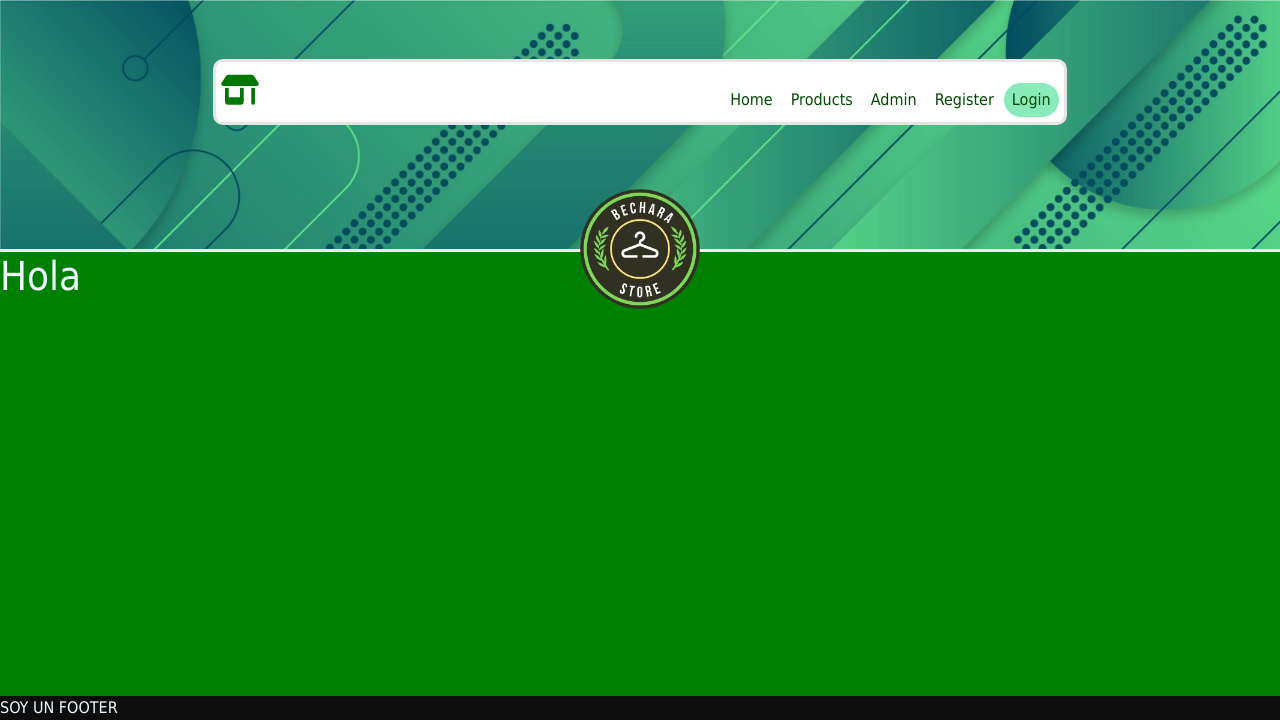
Repository: bechara611/becharastore
Page: /auth
An editor plug-in stored every save of this project. The page is shown before and after the next save, followed by the edit.
The browser window is 1280 px wide. The pictures show the whole page.
The project was rebuilt for these pictures with package versions that can differ from the ones it lists, and the page was loaded fresh each time. Also part of the build but not shown: src/Auth/components/Register.jsx.

Above is the page before, as saved 2023-01-27 15:20:26.

### public/index.html
<!DOCTYPE html>
<html lang="en">
  <head>
    <meta charset="utf-8" />
    <link rel="icon" href="%PUBLIC_URL%/favicon.ico" />
    <meta name="viewport" content="width=device-width, initial-scale=1" />
    <meta name="theme-color" content="#000000" />
    <meta
      name="description"
      content="Web site created using create-react-app"
    />
    <link rel="apple-touch-icon" href="%PUBLIC_URL%/logo192.png" />
    <link rel="preconnect" href="https://fonts.googleapis.com">
    <link rel="stylesheet" href="https://cdnjs.cloudflare.com/ajax/libs/font-awesome/6.2.1/css/all.min.css" integrity="sha512-MV7K8+y+gLIBoVD59lQIYicR65iaqukzvf/nwasF0nqhPay5w/9lJmVM2hMDcnK1OnMGCdVK+iQrJ7lzPJQd1w==" crossorigin="anonymous" referrerpolicy="no-referrer" />
<link rel="preconnect" href="https://fonts.gstatic.com" crossorigin>
<link rel="preconnect" href="https://fonts.googleapis.com">
<link rel="preconnect" href="https://fonts.gstatic.com" crossorigin>
<link href="https://fonts.googleapis.com/css2?family=Montserrat:ital,wght@0,100;0,200;0,300;0,400;0,500;0,600;0,700;0,800;0,900;1,100;1,200;1,300;1,500;1,700;1,800;1,900&family=Shadows+Into+Light&display=swap" rel="stylesheet">
    <!--
      manifest.json provides metadata used when your web app is installed on a
      user's mobile device or desktop. See https://developers.google.com/web/fundamentals/web-app-manifest/
    -->
    <link rel="manifest" href="%PUBLIC_URL%/manifest.json" />
    <!--
      Notice the use of %PUBLIC_URL% in the tags above.
      It will be replaced with the URL of the `public` folder during the build.
      Only files inside the `public` folder can be referenced from the HTML.

      Unlike "/favicon.ico" or "favicon.ico", "%PUBLIC_URL%/favicon.ico" will
      work correctly both with client-side routing and a non-root public URL.
      Learn how to configure a non-root public URL by running `npm run build`.
    -->

<link href="https://cdn.jsdelivr.net/npm/bootstrap@5.2.3/dist/css/bootstrap.min.css" rel="stylesheet" >


  </head>
  <body>
    <noscript>You need to enable JavaScript to run this app.</noscript>
    <div id="root"></div>
    <!--
      This HTML file is a template.
      If you open it directly in the browser, you will see an empty page.

      You can add webfonts, meta tags, or analytics to this file.
      The build step will place the bundled scripts into the <body> tag.

      To begin the development, run `npm start` or `yarn start`.
      To create a production bundle, use `npm run build` or `yarn build`.
    -->
    <script src="https://cdn.jsdelivr.net/npm/bootstrap@5.2.3/dist/js/bootstrap.bundle.min.js" integrity="sha384-kenU1KFdBIe4zVF0s0G1M5b4hcpxyD9F7jL+jjXkk+Q2h455rYXK/7HAuoJl+0I4" crossorigin="anonymous"></script>
  </body>

</html>

### src/index.js
import React from 'react';
import ReactDOM from 'react-dom/client';
import './index.css';
import {App} from './App';
import { BrowserRouter } from 'react-router-dom';
import 'animate.css';

const root = ReactDOM.createRoot(document.getElementById('root'));
root.render(
    <BrowserRouter>
    <App />
    </BrowserRouter>
);

### src/index.css

:root {
    --verde1: rgb(2, 74, 2);
    --verde2:rgb(1, 120, 1);
    --verde3:rgb(23, 215, 119,.5);
  }


*{
    color: aliceblue;
    /* font-family: 'Montserrat', sans-serif; */
    font-family: 'Droid Sans', Tahoma, Geneva, Verdana, sans-serif;

}

.fondito{
    background: red;
}
.fondito2{
    background: purple;
}

### src/App.jsx
import React from 'react'
import { Caparazon } from './UI/Components/Caparazon'
import { ContenedorPrincipal } from './UI/Components/ContenedorPrincipal'
import { Header } from './UI/Components/Header'
import { Footer } from './UI/Components/Footer'
import { MainCuerpo } from './UI/Components/MainCuerpo'
export const App = () => {
  return (
    <>
      {/*Primero el caparazon de la pagina, que es un div que tiene un 100vh de altura, el cual en el obtiene a sus children:
    esto children son el Header ocupando el 30vh y el Contenedor Principal ocupando el 70vh restante.
  */}
      <Caparazon>
        <Header></Header>
        <ContenedorPrincipal> {/*El contenedor principal a su vez lleva sus hijos dos elementos, el footer que le pusimos absolute para ubicarlo de ultimo y el MainCuerpo que tienes las rutas */}
          <MainCuerpo></MainCuerpo>{/*Este MainCuerpo tiene las rutas de la aplicacion, es el main de la pagina y lo que va a cambiar dependiendo donde estemos */}


          <Footer></Footer>  {/*Este es el footer que utilizamos para el pie de pagina, tiene posicion absolute como dije anteriormnete */}
        </ContenedorPrincipal>


      </Caparazon>
    </>

  )
}

### src/UI/Components/Caparazon.jsx
import React from 'react'
import './Caparazon.css'
export const Caparazon = ({ children }) => {
    return (
        <>
{/*Caparazon princiapal donde el mismo tiene un flex en colum, adentro tiene sus hijos que son un div que
ocupe el 70vh donde eesta todo lo demas y el 30vh primero es del header */}
            <div className='caparazonPrincipal bg-dark'>

                {children}

            </div>
        </>
    )
}

### src/UI/Components/ContenedorPrincipal.jsx
import React from 'react'
import './ContenedorPrincipal.css'
export const ContenedorPrincipal = ({ children }) => {
  return (
    <div className='ContenedorPrincipal'>
    {/*Aca de hijos tendran las rutas para verse en el medio y el footer, este tiene un position relative para que su hijo footer pueda
  ubicarse en la parte de abajo */}
      {children}
    </div>
  )
}

### src/UI/Components/Header.jsx
import React from 'react'
import './Header.css'
import { MenuNavbar } from './MenuNavbar'
import brand from './../../img/brand2.png'


export const Header = () => {
  return (
    <>
      {/*El header ocupa el 30vh de la pagina, el primer div lo tiene, aca se incorpora el nav y el logo. */}
      <div className="header">
        <div className="col-12">


          <MenuNavbar></MenuNavbar>
          <div className="row">
            <div className="col-12 filaLogoHeader">
              <img src={brand} className='brand animate__animated animate__flip' id='brand' alt="brand" />

            </div>
          </div>

        </div>

      </div>



    </>
  )
}

### src/UI/Components/Footer.jsx
import React from 'react'
import './Footer.css'
export const Footer = () => {
  return (
    <>
    {/*Aca este footer le estamos colocando una posicion absolute y a su padre relativa para poder ubicarlo al final de su div padre */}
    <div className="footer col-12">SOY UN FOOTER</div>
    </>

  )
}

### src/UI/Components/MainCuerpo.jsx
import React from 'react'
import { RouterApp } from '../../router/Routes'
import './MainCuerpo.css'

export const MainCuerpo = () => {

  return (
    <>
    {/*Aca se guardan las rutas como tal de la aplicacion y es llamado adentro de contenedorPrincipal */}
    <RouterApp></RouterApp>
    </>
    )
}

### src/UI/Components/Caparazon.css
/*Estilos del caparazon como tal principal*/
    /*Aca colocamos que el caparazonPrincipal ocupa toda la pantalla, y una direccion en column para que el header sea de 30vh y el resto el otro div  */
.caparazonPrincipal{
    display: flex;
    flex-direction: column;
    justify-content: space-between;
    min-height: 100vh;

}

### src/UI/Components/ContenedorPrincipal.css
/*Aca al contenedor ponemos positionRelative para que el footer pueda tener una posicion absoluta y se pueda posicionar al final*/
.ContenedorPrincipal{
    min-height: 65vh;

    position: relative;
}

### src/UI/Components/Header.css
.header {
    display: flex;
    background: rgb(157, 240, 194) url("./../../img/Header2.jpg");
    background-color: rgb(18, 18, 18);
    background-repeat: no-repeat;
    background-attachment: fixed;
    background-size: cover;
    background-position: top center;
    min-height: 30%;
    height: 35vh;
    max-height: 35vh;
    width: 100%;
    min-width: 100%;
    position: relative;
    border-bottom: 3px solid rgb(244, 233, 233);
}

/*Aca estoy posicion en el medio el logo como tal del header y luego abajo le pongo una posicion absolute para moverlo*/
.filaLogoHeader {
    display: flex;
    flex-direction: row;
    justify-content: center;

}

.brand {
    width: 150px;
    height: 150px;
    max-height: 150px;
    max-width: 150px;
    min-height: 150px;
    position: absolute;
    bottom: -30%;
  z-index: 1000;

}

/*?RESPONSIVE*/


@media(max-width:500px){

    .brand {
        width: 120px;
        height:120px;
        max-height: 120px;
        max-width: 120px;
        min-height: 120px;
        position: absolute;
        bottom: 0%;

    }
}

### src/UI/Components/MenuNavbar.jsx
import React from 'react'
import { NavLink } from 'react-router-dom';
import { Animacionlogo } from '../helper/AnimacionAlLogo';
import './MenuNavbar.css'

export const MenuNavbar = () => {
    return (
        <>
            {/**Aca va el navBar de la aplicacion que tendra el menu */}
            <div className="col-12 contenedor-nav">
                <nav className="navbar navbar-expand-md  menunav col-8 ">


                  <NavLink to={'/'}> <i className="fa-solid fa-shop marca"></i></NavLink>


                    <button
                        className="navbar-toggler"
                        type="button"
                        data-bs-toggle="collapse"
                        data-bs-target="#navbarNavAltMarkup"
                        aria-controls="navbarNavAltMarkup"
                        aria-expanded="false"
                        aria-label="Show / Hide Menu"
                    >
                        <span className="navbar-toggler-icon"></span>
                    </button>
                    <div className="collapse navbar-collapse mt-3" id="navbarNavAltMarkup">
                        <div className="navbar-nav col-12  contenedor-interno-nav">
                            <NavLink className={ ({isActive}) => `nav-item nav-link  ${ isActive ? 'activeLink':'' }` } to={'/'} onClick={()=>Animacionlogo()}>
                            Home</NavLink>

                            <NavLink className={ ({isActive}) => `nav-item nav-link  ${ isActive ? 'activeLink':'' }` } to={'/Products'} onClick={()=>Animacionlogo()}>Products</NavLink>
                            <NavLink className={ ({isActive}) => `nav-item nav-link  ${ isActive ? 'activeLink':'' }` } to={'/admin'} onClick={()=>Animacionlogo()}>Admin</NavLink>
                            <NavLink className={ ({isActive}) => `nav-item nav-link  ${ isActive ? 'activeLink':'' }` } to={'/Register'} onClick={()=>Animacionlogo()}>Register</NavLink>
                            <NavLink className={ ({isActive}) => `nav-item nav-link   ${ isActive ? 'activeLink':'' }` } to={'/auth'} onClick={()=>Animacionlogo()}>Login</NavLink>
                            </div>
                    </div>
                </nav>
            </div>
        </>
    )
}

### src/UI/Components/Footer.css
.footer{
    background: rgb(13, 13, 14);
    position: absolute;
    bottom: 0%;

}

### src/router/Routes.jsx
import React from 'react'
import { Navigate, Route, Routes } from 'react-router-dom'
import { Login } from '../Auth/components/Login'
import { Register } from '../Auth/components/Register'

/*Este componente es nuestro router, que segun la URL donde estemos mostrada:
1) Una pagina Home
2) Pagina de registro
3) Pagina de login
4) Pagina de Productos
*/

export const RouterApp = () => {
  return (
    <Routes>
    <Route path='/' element={<h1>Home</h1>}></Route>
    <Route path='/auth' element={<Login></Login>}></Route>
    <Route path='/Register' element={<Register></Register>}></Route>
    <Route path='/Products' element={<h1>Productos</h1>}></Route>
    <Route path='/admin' element={<h1>Admin</h1>}></Route>
    <Route path='/*' element={<Navigate to={'/'}></Navigate>}></Route>
    </Routes>
  )
}

### src/UI/helper/AnimacionAlLogo.js
export const Animacionlogo=()=>{
    const elemento= document.getElementById('brand');
    elemento.classList.remove('animate__flip')

    setTimeout(() => {
     elemento.classList.add('animate__flip')
    }, 200);
    return true;
}

### src/UI/Components/MenuNavbar.css
.contenedor-nav {
    position: fixed;
    display: flex;
    flex-direction: row;
    justify-content: center;
    align-self: center;
    align-items: center;
    position: absolute;
    bottom: 50%;
    z-index: 2;

}
.marca{
 font-size: 30px;
 color: black;
 color: var(--verde2);
 padding-right: 10px;

}

.menunav {
    background: rgba(255, 255, 255, 1);
    border-radius: 10px;
    padding: 5px;
    border: 3px solid rgba(205, 204, 200, 0.5);
    flex-wrap: wrap;
    display: flex;

}

/*Esta parte es el contenedor que tiene el navbar de los navLink es decir, menu como tal.
Estoy diciendo que normalmente estaran a la derecha.
*/
.contenedor-interno-nav {
    display: flex;
    flex-direction: row;
    justify-content: flex-end;
    flex-wrap: wrap;

}
/*Diseno a los links como tal*/
.nav-link{
    margin-left: 2px;
    color: var(--verde1);
    font-weight: 400;
    background: rgb(44, 232, 138,0);
    border-radius: 30px;
    padding: 5px;

}
.nav-link:hover{
   color: var(--verde2)

}
.activeLink{  background: var(--verde3);
    border-radius: 30px;}

/**-----------------------------------------------------------------------------*/

/*?RESPONSIVE*/

/*Para este apartado cuando llegue a cierto tamaño como tal el nav se pondra mas abajo para que al darle al boton se abra y se pueda apreciar y no quede muy arriba*/
@media(max-width:500px) {
    .contenedor-nav {
       position: sticky;

    }
    /*Aca haces que el navBar tenga todo el tamaño al llegar a dispositivos pequeños*/
    .menunav {
        width: 100%;

    }
}

/*SERIE DE RESPONSIVES A LOS PADDING DE LAS OPCIONES DEL MENU*/

@media(max-width:375px){
    .nav-link{
        margin-left: 5px;
    }
}

@media(max-width:262px){
    .nav-link{
        margin-left: 10px;
    }
    .menunav{
        justify-content: center;
        text-align: center;
        align-items: center;
        align-self: center;
    }
}

/*Necesidad de que el nav el menu se pongan o separados o uno debajo del otro cuando se active el boton del collapse*/
@media(max-width:992px) {
    .contenedor-interno-nav {
        justify-content: space-around;
    }
}

### src/Auth/components/Login.jsx
import React from 'react'
import './Login.css'
export const Login = () => {
  return (
    <>
    <div className="contenedor-login col-12">
    <div className="col-6">
    <h1>Hola</h1>

    </div>

    </div>
    </>
  )
}

### src/Auth/components/Login.css
.contenedor-login{
    height: 65vh;
    background: green;

}

Loaded but not shown: src/UI/Components/MainCuerpo.css (no stored copy; drawn as an empty file)

After the next save:
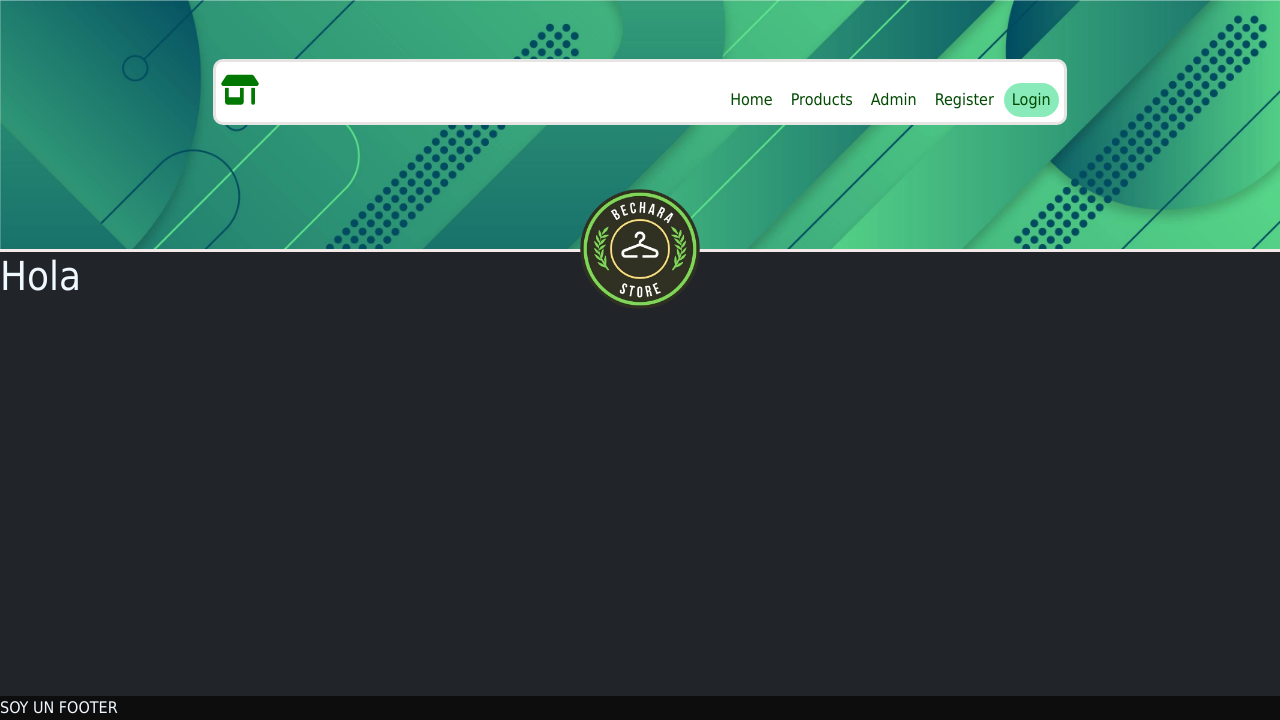
Saved 6 s later.
--- a/src/Auth/components/Login.css
+++ b/src/Auth/components/Login.css
@@ -1,5 +1,6 @@
 .contenedor-login{
     height: 65vh;
-    background: green;
+        display: flex;
+
 
 }
